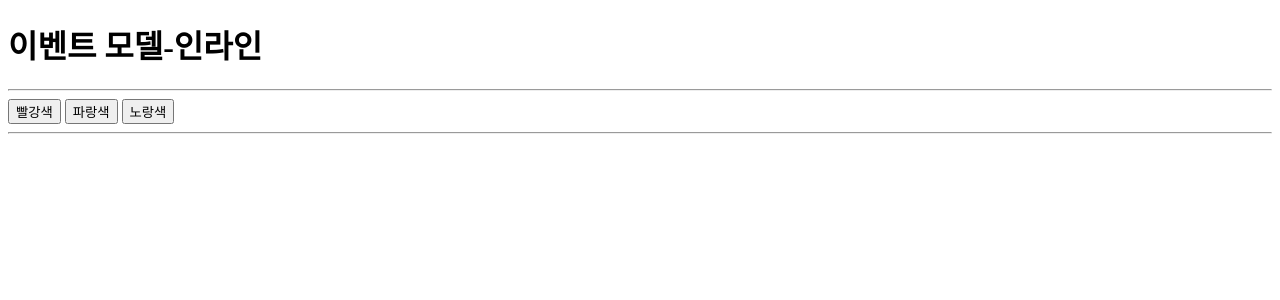
Repository: jhsnex123/web_study
Page: edu/src/main/webapp/jsexam/domexam/exercise11_1.html
These files come from the project's save history. The page is drawn as it stood at one moment and after the next save; the edit follows.
The browser window is 1280 px wide. The pictures show the whole page.

Above is the page before, as saved 2024-09-25 08:31:19.

After the next save:
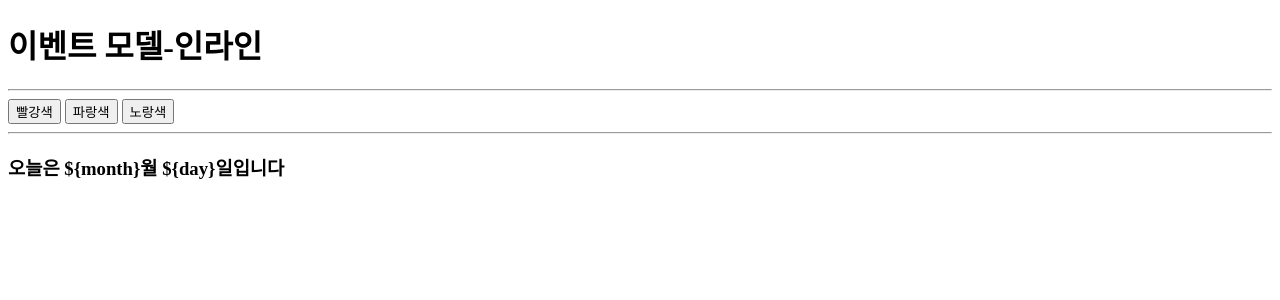
Saved 113 s later.
--- a/edu/src/main/webapp/jsexam/domexam/exercise11_1.html
+++ b/edu/src/main/webapp/jsexam/domexam/exercise11_1.html
@@ -17,7 +17,7 @@
 		const date = new Date();
 		const month = date.getMonth()+1;
 		const day = date.getDate();          // 자바스크립트 date 검색
-		document.getElementById("b2");
+		document.getElementById("dateDisplay").innerText = '오늘은 ${month}월 ${day}일입니다';
 	}
 	console.log(document.body);
 		const dom = document.getElementsByTagName("div")[0];
